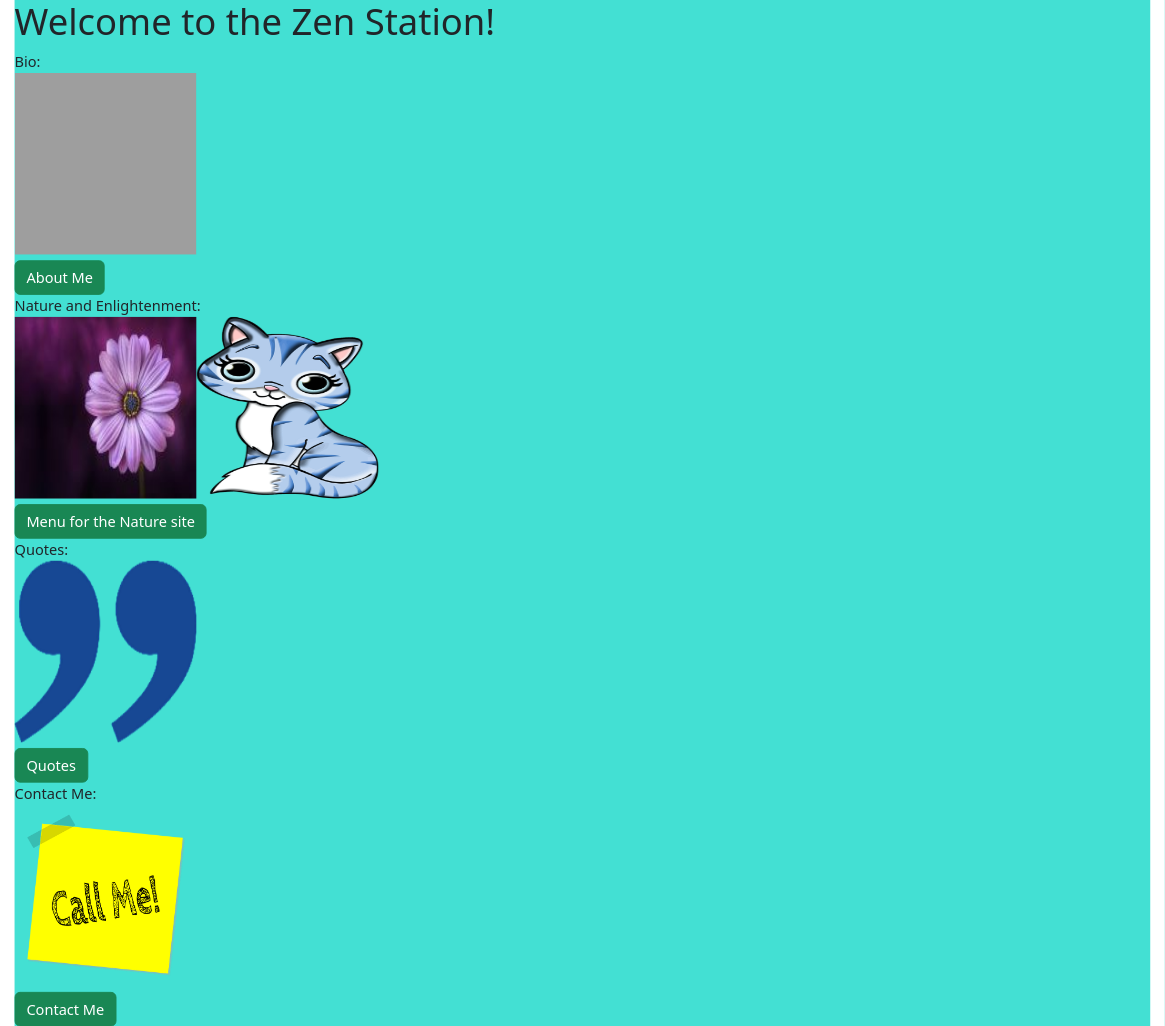
Repository: collegedude9300/zenstationnext
Page: /
These files come from the project's save history. The page is drawn as it stood at one moment and after the next save; the edit follows.
The browser window is 1280 px wide. The pictures show the whole page, at 91% of full size.
Pictures or frames that could not be fetched are drawn as grey boxes. The project was rebuilt for these pictures with package versions that can differ from the ones it lists, and the page was loaded fresh each time. The framework's server and built-in components were replaced by stand-ins that run in the browser. Also part of the build but not shown: next.config.js.

Above is the page before, as saved 2023-12-30 22:34:07.

### pages/_app.js
import '../styles/globals.css'
function MyApp({ Component, pageProps }) {
  return <Component {...pageProps} />
}
export default MyApp

### pages/index.js
import Head from 'next/head'
import Image from 'next/image'
import styles from '../styles/Home.module.css'
import 'bootstrap/dist/css/bootstrap.css'
import Link from 'next/link'

export default function Home() {
  return (
    <div className={styles.container}>
      <Head>
        <title>Zen Station</title>
        <meta name="description" content="Generated by create next app" />
        <link rel="icon" href="/favicon.png" />
      </Head>
      <main className={styles.pages}>
        <h1> Welcome to the Zen Station!</h1>
        <div className={styles.spacing}></div>
        <section>
          <header>Bio:</header>
        </section>
        <div className={styles.imageContainer}>
          <Image
            alt="A book about Zen meditation."
            src="/bout.jpg"
            width="200"
            height="200"
            className={styles.image}
            priority/>
        </div>
        <div className={styles.spacing}></div>
        <Link href="/About">
          <button className="btn btn-success">About Me</button>
        </Link>
        <section>
          <header>Nature and Enlightenment:</header>
        </section>
        <Image  alt="A small purple flower." src="/flower.jpg" width="200" height="200"/>
        <Image  alt="An animated blue cat." src="/cartooncat.png" width="200" height="200"/>
        <div className={styles.spacing}></div>
        <Link href="/MenuNature">
          <button className="btn btn-success">Menu for the Nature site</button>
        </Link>
        <section>
          <header>Quotes:</header>
        </section>
        <Image alt="asdf" src="/quotes.png" width="200" height="200"/>
        <div className={styles.spacing}></div>
        <Link href="/Quotes">
          <button className="btn btn-success">Quotes</button>
        </Link>
        <section>
          <header>Contact Me:</header>
        </section>
        <Image  alt="A yellow sticky note saying Call Me." src="/contact.png" width="200" height="200"/>
        <div className={styles.spacing}></div>
        <Link href="/Contact">
          <button className="btn btn-success">Contact Me</button>
        </Link>
      </main>
    </div>
  )
}

### styles/Home.module.css
.container {
  padding: 0 1rem;
}
.pages{
  background-color: #43e0d3;
  min-height: 100vh;
}

.quoteDiv {
  font-size: 50px;
  color: rgb(243, 14, 7);
}
.successMessage {

  color: green;
  font-size: 30px;
  display:none;
  margin-bottom:20px;
}
.login {
  min-height: 100vh;
  padding: 4rem 0;
  flex: 1;
  display: flex;
  flex-direction: column;
  justify-content: center;
  align-items: center;
  background-color: #ffc400;
}
.main {
  min-height: 100vh;
  padding: 4rem 0;
  flex: 1;
  display: flex;
  flex-direction: column;
  justify-content: center;
  align-items: center;
}
.aboutBio {

  margin: 0;
  line-height: 1.15;
  font-size: 4rem;
  text-align: center;
}
.footer {
  display: flex;
  flex: 1;
  padding: 2rem 0;
  border-top: 1px solid #eaeaea;
  justify-content: center;
  align-items: center;
}

.footer a {
  display: flex;
  justify-content: center;
  align-items: center;
  flex-grow: 1;
}

.title a {
  color: #0070f3;
  text-decoration: none;
}

.title a:hover,
.title a:focus,
.title a:active {
  text-decoration: underline;
}

.title {
  margin: 0;
  line-height: 1.15;
  font-size: 4rem;
}

.title,
.description {
  text-align: center;
}

.description {
  margin: 4rem 0;
  line-height: 1.5;
  font-size: 1.5rem;
}

.code {
  background: #fafafa;
  border-radius: 5px;
  padding: 0.75rem;
  font-size: 1.1rem;
  font-family: Menlo, Monaco, Lucida Console, Liberation Mono, DejaVu Sans Mono,
    Bitstream Vera Sans Mono, Courier New, monospace;
}

.grid {
  display: flex;
  align-items: center;
  justify-content: center;
  flex-wrap: wrap;
  max-width: 800px;
}

.card {
  margin: 1rem;
  padding: 1.5rem;
  text-align: left;
  color: inherit;
  text-decoration: none;
  border: 1px solid #eaeaea;
  border-radius: 10px;
  transition: color 0.15s ease, border-color 0.15s ease;
  max-width: 300px;
}

.card:hover,
.card:focus,
.card:active {
  color: #0070f3;
  border-color: #0070f3;
}

.card h2 {
  margin: 0 0 1rem 0;
  font-size: 1.5rem;
}

.card p {
  margin: 0;
  font-size: 1.25rem;
  line-height: 1.5;
}

.logo {
  height: 1em;
  margin-left: 0.5rem;
}

@media (max-width: 600px) {
  .grid {
    width: 100%;
    flex-direction: column;
  }
}

@media (prefers-color-scheme: dark) {
  .card,
  .footer {
    border-color: #222;
  }
  .code {
    background: #111;
  }
  .logo img {
    filter: invert(1);
  }
}

Loaded but not shown: styles/globals.css (common file)

After the next save:
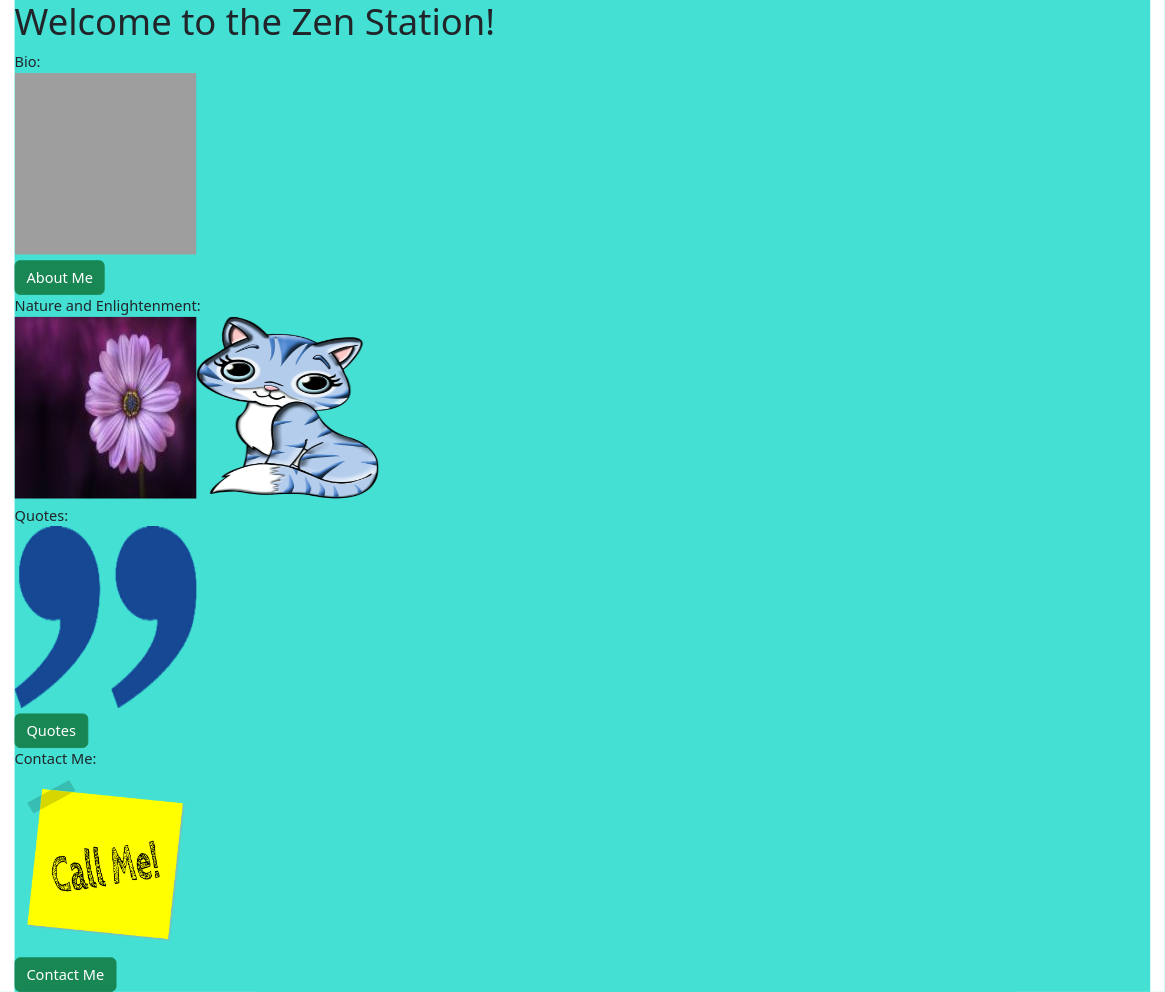
Saved 10 min 55 s later.
--- a/pages/index.js
+++ b/pages/index.js
@@ -37,9 +37,6 @@ export default function Home() {
         <Image  alt="A small purple flower." src="/flower.jpg" width="200" height="200"/>
         <Image  alt="An animated blue cat." src="/cartooncat.png" width="200" height="200"/>
         <div className={styles.spacing}></div>
-        <Link href="/MenuNature">
-          <button className="btn btn-success">Menu for the Nature site</button>
-        </Link>
         <section>
           <header>Quotes:</header>
         </section>
